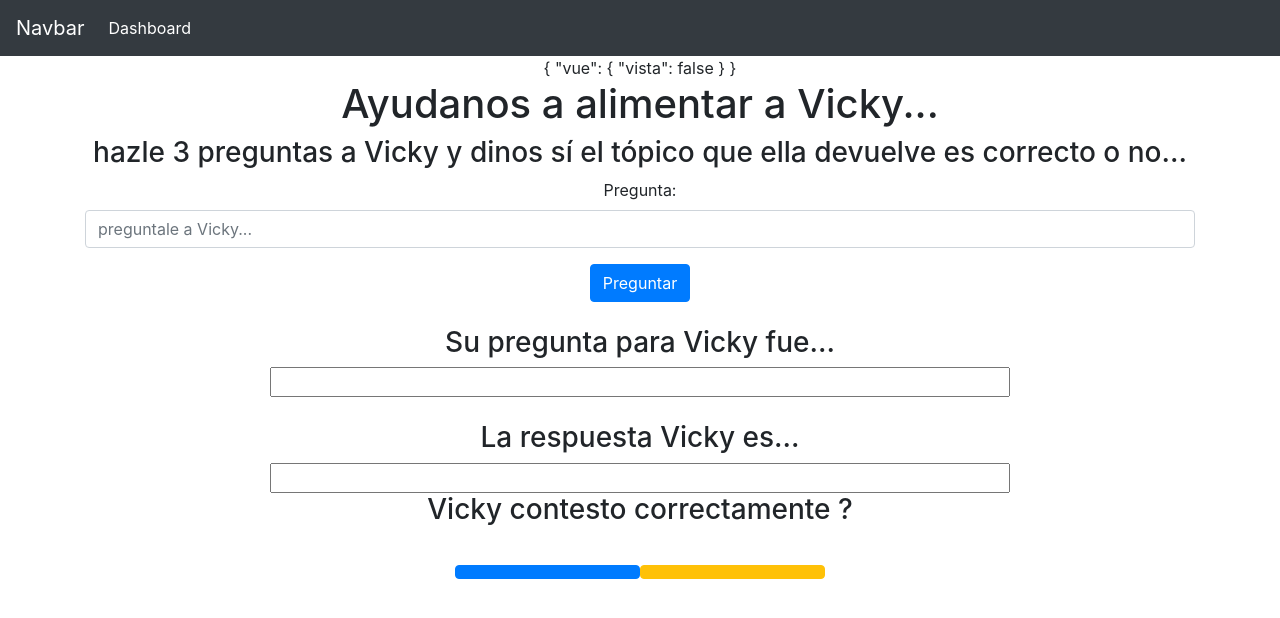
Repository: Crixtiancub/feedback_Vicky
Page: http://localhost/
An editor plug-in stored every save of this project. The page is shown before and after the next save, followed by the edit.
The browser window is 1280 px wide. The pictures show the whole page.
The page is served by the project's application, run on Django 3.2 (manage.py).

Above is the page before, as saved 2021-05-12 15:03:58.

After the next save:
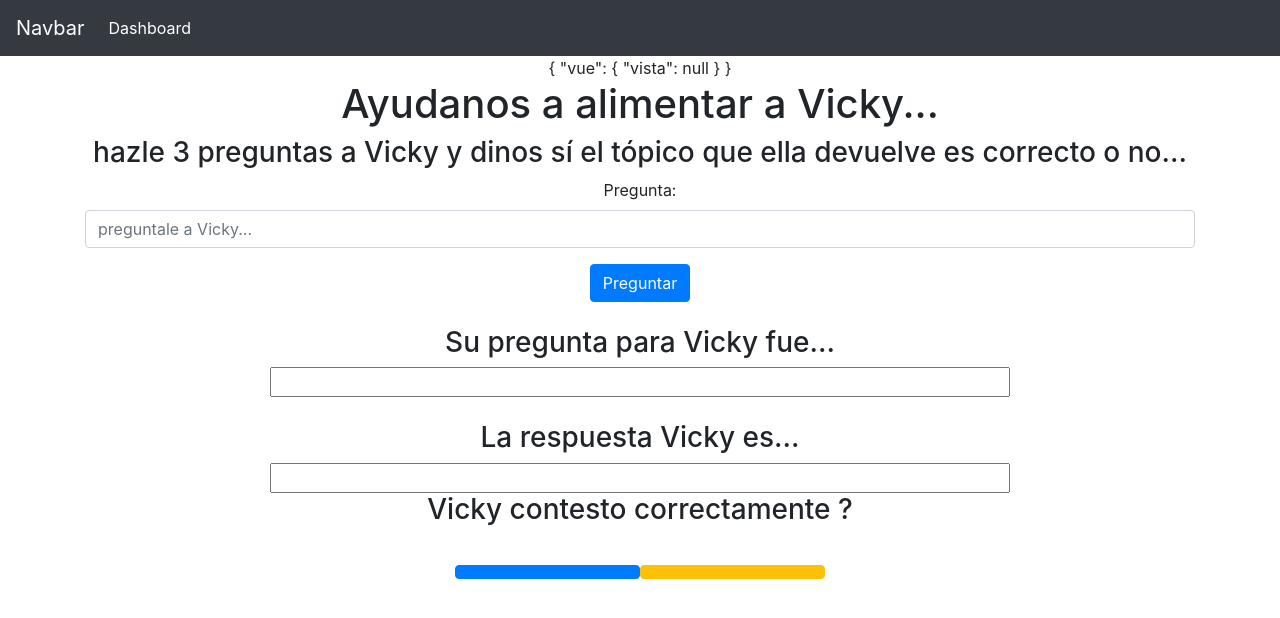
Saved 101 s later.
--- a/vicky/templates/dashboard.html
+++ b/vicky/templates/dashboard.html
@@ -32,7 +32,7 @@
 
     <template v-if="vue.vista">
 
-        <form action="{% url 'home' %}" :submit.prevent="vue.vista = false" method="POST">
+        <form action="{% url 'home' %}" :submit.prevent="vue.vista = null" method="POST">
             {% csrf_token%}
 
             <h3>Su pregunta para Vicky fue...</h3>
